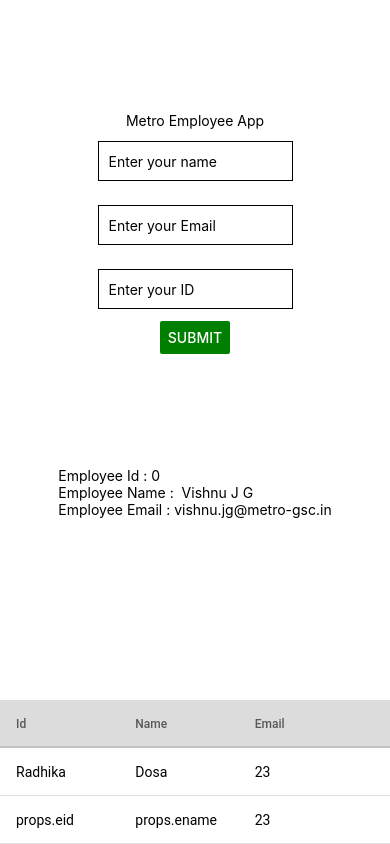
Repository: VishnuJG/Metro-Employee-App
Screen: /
An editor plug-in stored every save of this project. The screen is shown before and after the next save, followed by the edit.
The app was drawn by React Native's web renderer in a window 390 px wide. The project was rebuilt for these pictures with package versions that can differ from the ones it lists, and the page was loaded fresh each time.

Above is the screen before, as saved 2022-06-28 14:50:13.

After the next save:
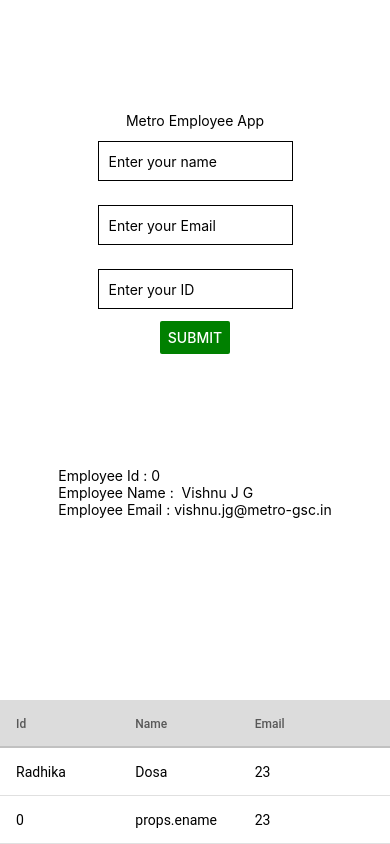
Saved 6 s later.
--- a/components/Table.js
+++ b/components/Table.js
@@ -9,7 +9,7 @@ export default function Table(props) {
   console.log("Hello");
   return (
     <DataTable.Row>
-            <DataTable.Cell>props.eid</DataTable.Cell>
+            <DataTable.Cell>{props.eid}</DataTable.Cell>
             <DataTable.Cell>props.ename</DataTable.Cell>
             <DataTable.Cell>23</DataTable.Cell>
     </DataTable.Row>
